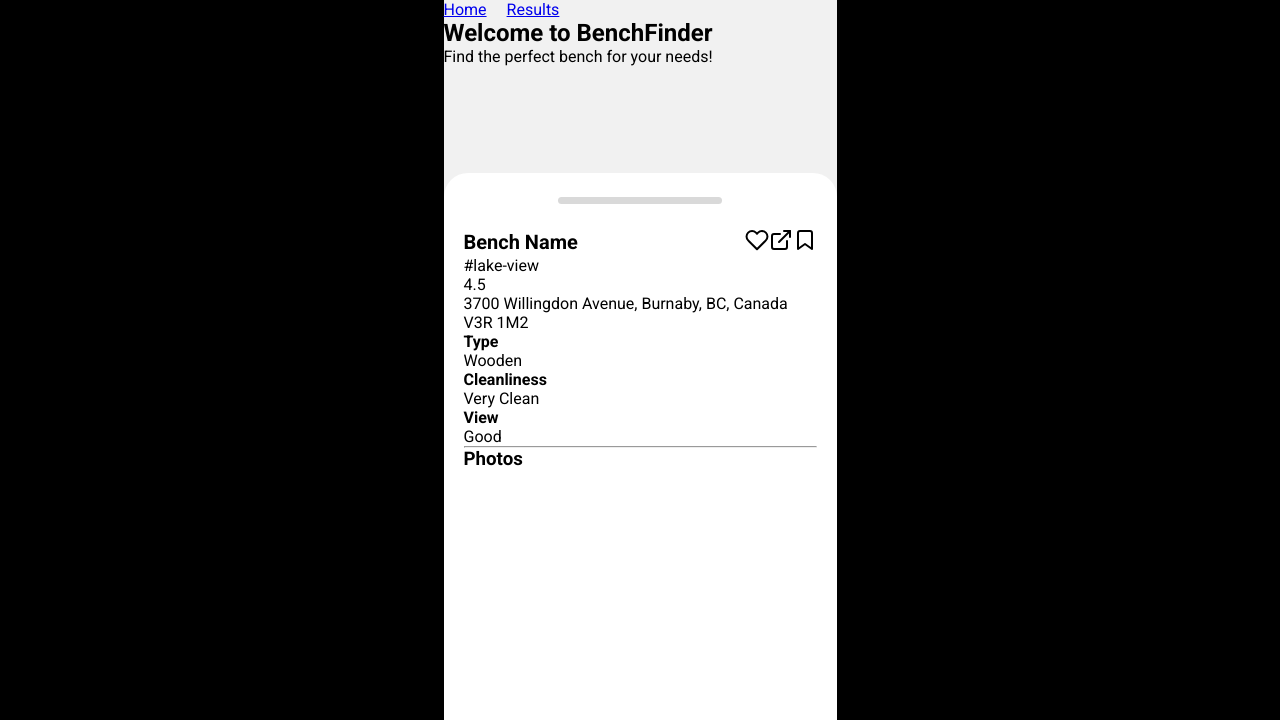
Repository: HidayatPatil/BenchFinder
Page: /
These files come from the project's save history. The page is drawn as it stood at one moment and after the next save; the edit follows.
The browser window is 1280 px wide. The pictures show the whole page.
The project was rebuilt for these pictures with package versions that can differ from the ones it lists, and the page was loaded fresh each time. Also part of the build but not shown: vite.config.js, src/Results.jsx.

Above is the page before, as saved 2025-10-09 21:17:42.

### index.html
<!doctype html>
<html lang="en">
  <head>
    <meta charset="UTF-8" />
    <link rel="icon" type="image/svg+xml" href="/vite.svg" />
    <meta name="viewport" content="width=device-width, initial-scale=1.0" />
    <title>benchfinder</title>
  </head>
  <body>
    <div id="root"></div>
    <script type="module" src="/src/main.jsx"></script>
  </body>
</html>

### src/index.css
@import url('https://fonts.googleapis.com/css2?family=Roboto:wght@400;700&display=swap');

/* Reset default margins and padding */
* {
    margin: 0;
    padding: 0;
    box-sizing: border-box;
}

body, html {
    width: 100%;
    height: 100%;
    overflow: hidden;
    background-color: black;
    display: flex;
    justify-content: center;
    align-items: center;
    font-family: 'Roboto', sans-serif;
}

#root {
    width: 393px;
    min-width: 320px;
    max-width: 425px;
    height: 100vh;
    background-color: rgb(0, 0, 0);
    position: relative;
}

.app_body {
    width: 393px;
    min-width: 320px;
    max-width: 425px;
    height: 100%;
    background-color: #F1F1F1;
    margin: 0 auto;
    position: relative;
}

.drawer_container {
    height: 547px;
    position: absolute;
    bottom: 0;
    padding: 0 20px;
    background-color: #FFFFFF;
    border-radius: 24px 24px 0 0;
}

.drawer_handle {
    width: 164px;
    height: 7px;
    border-radius: 100px;
    background-color: #D9D9D9;
    margin: 24px auto;
}

.metadata_name_options {
    display: flex;
    justify-content: space-between;
    align-items: center;

    h2 {
        font-size: 20px;
        font-weight: 600;
    }

    .option_icons {
        height: 24px;
        width: 24px;
    }
}

### src/App.jsx
import { Routes, Route, Link } from 'react-router-dom'
import Result from './Results'
import Home from './Home'

export default function App(){
  return (
    <div className="app_body">
      {/* <h1 className="container">BenchFinder App</h1> */}
      <nav>
        <Link to="/" style={{ marginRight: '20px' }}>Home</Link>
        <Link to="/results">Results</Link>
      </nav>

      <Routes>
        <Route path="/" element={<Home />} />
        <Route path="/results" element={<Result />} />
      </Routes>
    </div>
  )
}

### src/Home.jsx
import ContentDrawer from "./components/contentDrawer"

export default function Home() {
  return (
    <div>
      <h2>Welcome to BenchFinder</h2>
      <p>Find the perfect bench for your needs!</p>
      <div className="google_maps">
        <img />
      </div>
      <ContentDrawer />
    </div>
  )
}

### src/components/contentDrawer.jsx
import { FiHeart } from "react-icons/fi";
import { FiExternalLink } from "react-icons/fi";
import { FiBookmark } from "react-icons/fi";
import { IconContext } from "react-icons";

export default function ContentDrawer() {
  return (
    <div className="drawer_container">
      <div className="drawer_handle"></div>
      <div className="bench_data">
        <div className="data_metadata">
          <div className="metadata_name_options">
            <h2>Bench Name</h2>
            <div className="bench_metadata_options">
                <FiHeart className="option_icons"/>
                <FiExternalLink className="option_icons"/>
                <FiBookmark className="option_icons"/>
            </div>
          </div>
          <div className="metadata_tags_rating">
            <div className="bench_tags">#lake-view</div>
            <div className="bench_rating">4.5</div>
          </div>
          <p className="metadata_address">
            3700 Willingdon Avenue, Burnaby, BC, Canada V3R 1M2
          </p>
        </div>
        <div className="data_bench_overview">
          <div className="bench_type">
            <h4 className="overview_title">Type</h4>
            <p className="overview_content">Wooden</p>
          </div>
          <div className="bench_cleanliness">
            <h4 className="overview_title">Cleanliness</h4>
            <p className="overview_content">Very Clean</p>
          </div>
          <div className="bench_view">
            <h4 className="overview_title">View</h4>
            <p className="overview_content">Good</p>
          </div>
        </div>
      </div>
      <hr />
      <div className="bench_photos">
        <div className="photos_heading">
          <h3>Photos</h3>
          {/* <img "add plus icon" />  */}
        </div>
        <div className="photos_gallery">
          <div className="gallery_image"></div>
          <div className="gallery_image"></div>
          <div className="gallery_image"></div>
        </div>
      </div>
    </div>
  );
}

Loaded but not shown: src/main.jsx (common file)

After the next save:
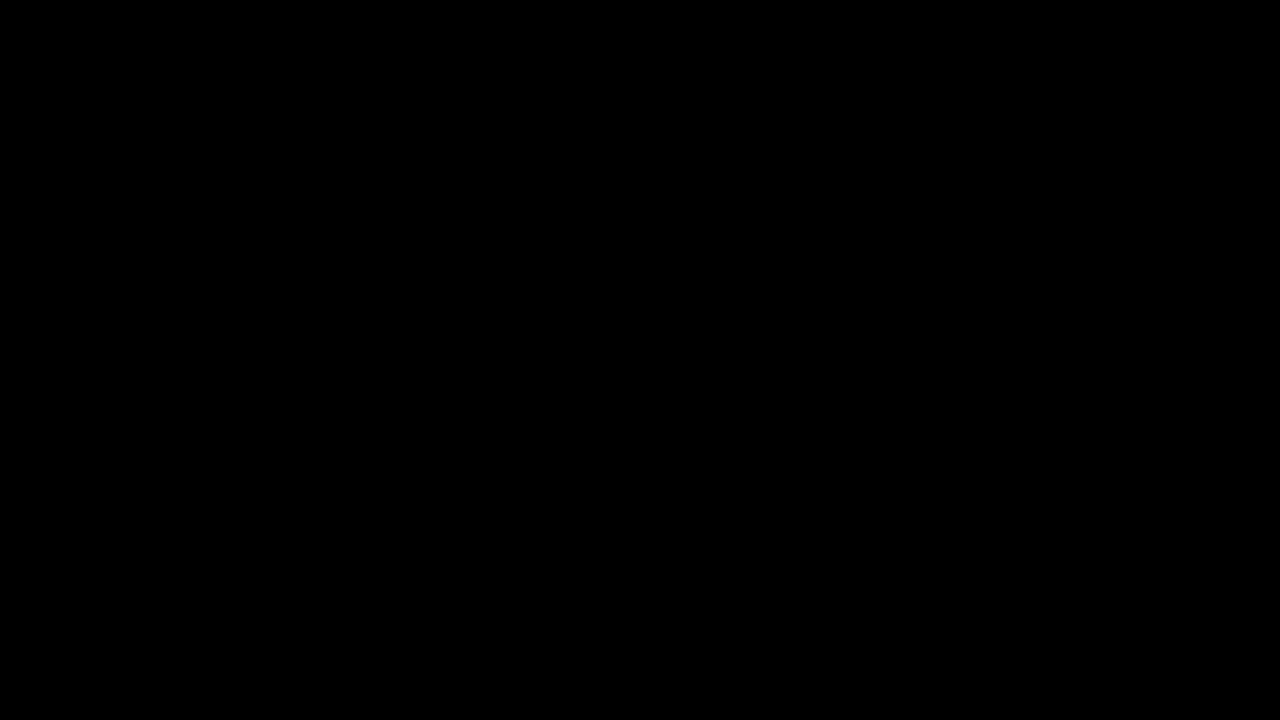
Console error: TypeError: Cannot read properties of undefined (reading 'size')
Saved 19 s later.
--- a/src/components/contentDrawer.jsx
+++ b/src/components/contentDrawer.jsx
@@ -12,9 +12,11 @@ export default function ContentDrawer() {
           <div className="metadata_name_options">
             <h2>Bench Name</h2>
             <div className="bench_metadata_options">
-                <FiHeart className="option_icons"/>
-                <FiExternalLink className="option_icons"/>
-                <FiBookmark className="option_icons"/>
+              <IconContext>
+                <FiHeart className="option_icons" />
+                <FiExternalLink className="option_icons" />
+                <FiBookmark className="option_icons" />
+              </IconContext>
             </div>
           </div>
           <div className="metadata_tags_rating">

After the 2 saves that followed:
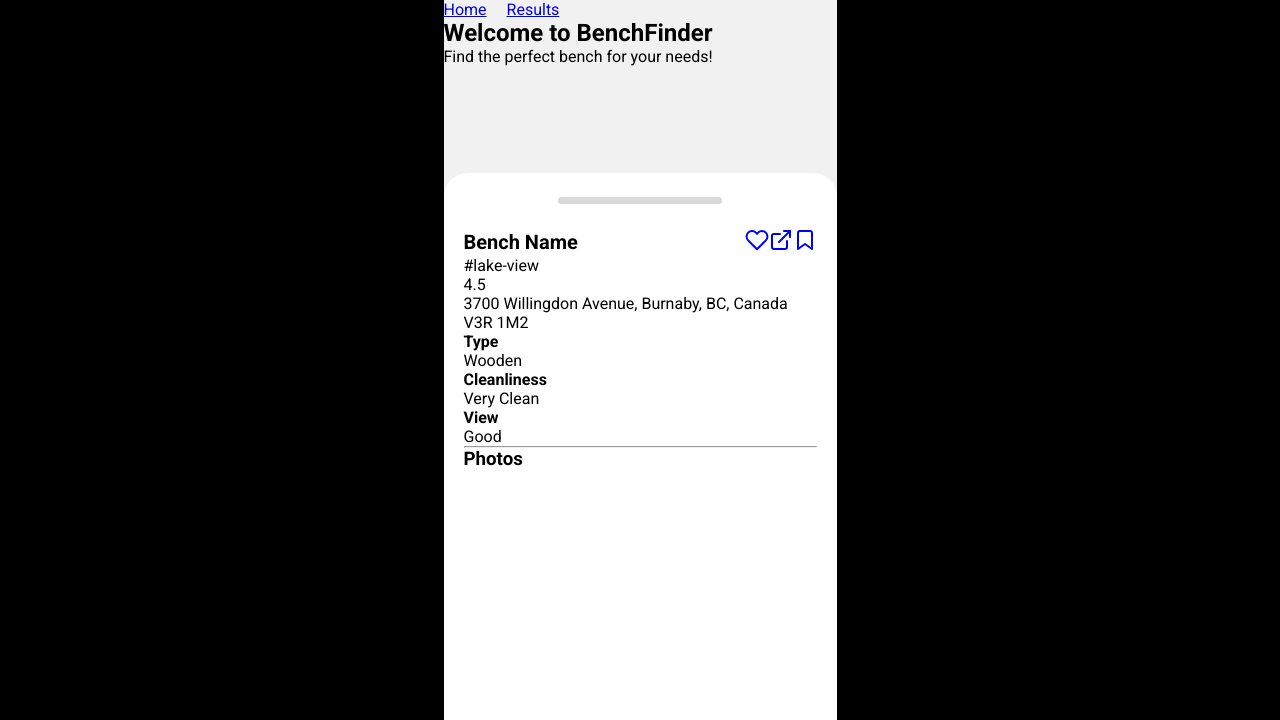
The error is gone.
The 2 saves are shown as one change because 1 did not build or start.
The last was saved 49 s later.
--- a/src/components/contentDrawer.jsx
+++ b/src/components/contentDrawer.jsx
@@ -12,11 +12,11 @@ export default function ContentDrawer() {
           <div className="metadata_name_options">
             <h2>Bench Name</h2>
             <div className="bench_metadata_options">
-              <IconContext>
-                <FiHeart className="option_icons" />
-                <FiExternalLink className="option_icons" />
-                <FiBookmark className="option_icons" />
-              </IconContext>
+              <IconContext.Provider value={{ color: "blue", className: "option_icons" }}>
+                <FiHeart />
+                <FiExternalLink />
+                <FiBookmark />
+              </IconContext.Provider>
             </div>
           </div>
           <div className="metadata_tags_rating">
